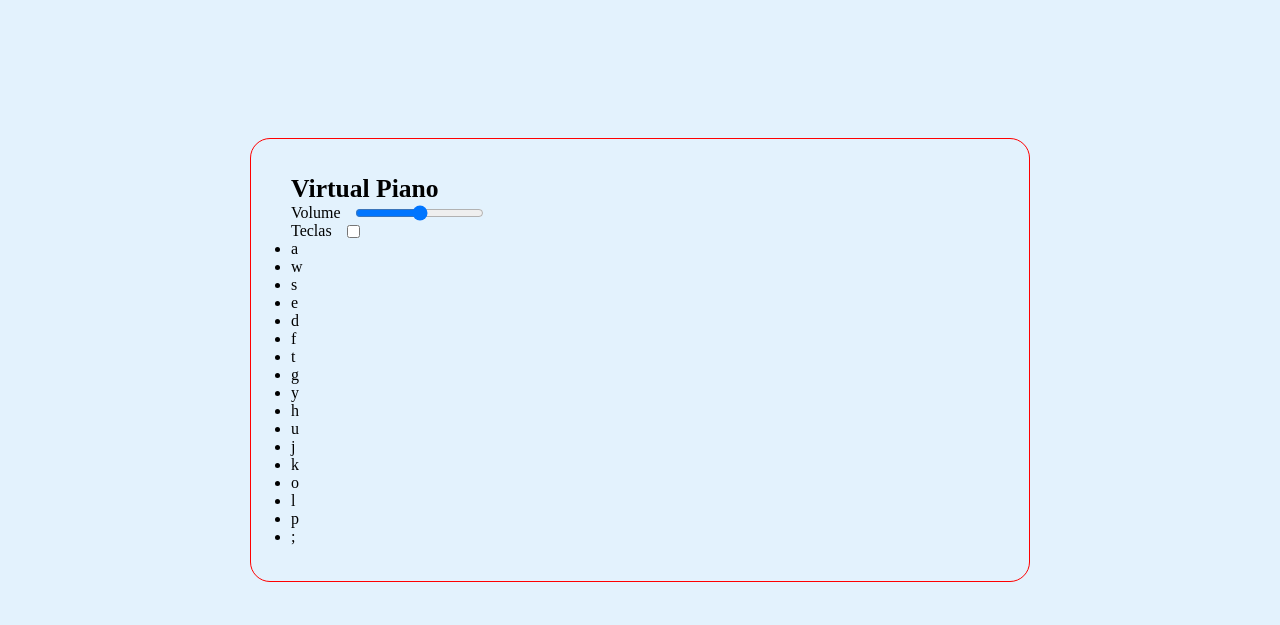
Repository: gustavotwist/simulador-piano
Page: index.html
These files come from the project's save history. The page is drawn as it stood at one moment and after a run of saves; the edit follows.
The browser window is 1280 px wide. The pictures show the whole page.

Above is the page before, as saved 2024-11-27 18:40:26.

After the next 3 saves:
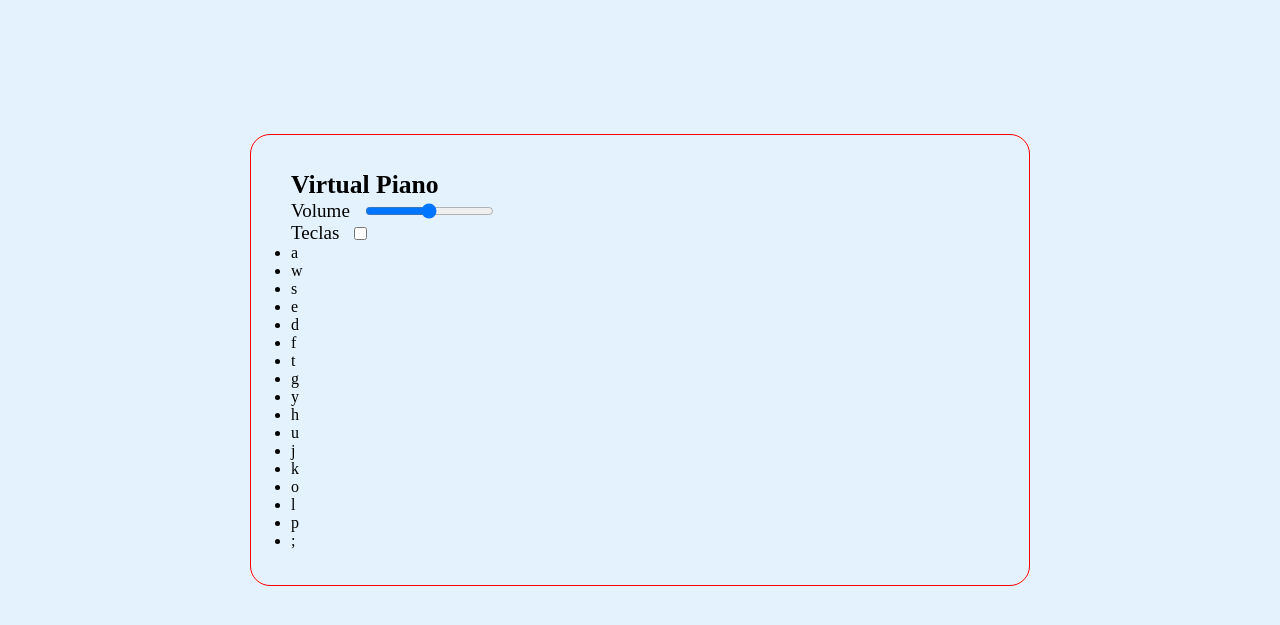
The 3 saves are shown as one change because they came seconds apart.
The last was saved 11 s later.
--- a/src/styles/main.css
+++ b/src/styles/main.css
@@ -25,6 +25,5 @@ header .column {
 header .column span {
     font-weight: 500;
     margin-right: 15px;
-    font-size: 1.6
-    1.19rem;
+    font-size: 1.19rem;
 }
